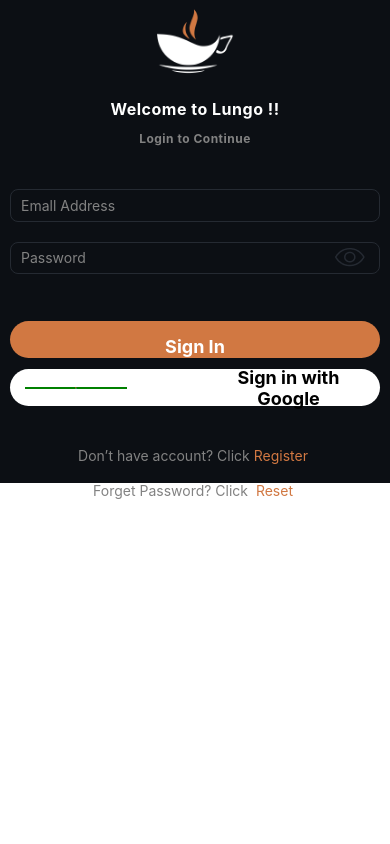
Repository: nguoilaisaochoi/App-coffe
Screen: /
These files come from the project's save history. The screen is drawn as it stood at one moment and after the next save; the edit follows.
The app was drawn by React Native's web renderer in a window 390 px wide. The project was rebuilt for these pictures with package versions that can differ from the ones it lists, and the page was loaded fresh each time.

Above is the screen before, as saved 2024-01-12 21:04:06.

### App.tsx
import { View, Text } from 'react-native'
import React from 'react'
import Login from './src/Login'
import Register from './src/Register'
const App = () => {
  return (
    <View>
      <Login/>
    </View>
  )
}

export default App

### src/Login.js
import {
  View,
  TextInput,
  TouchableOpacity,
  StyleSheet,
  Image,
  Text,
} from 'react-native';
import React, {useState} from 'react';


const Login = () => {
  const [password, setPassword] = useState('');
  const [showPassword, setShowPassword] = useState(false);

  const toggleShowPassword = () => {
    setShowPassword(!showPassword);
  };
  return (
    <View style={mystyle.body}>
      <View style={mystyle.head}>
        <Image
          source={require('../assets/img/logo.png')}
          style={mystyle.logo}></Image>
        <Text style={mystyle.welcome}>Welcome to Lungo !!</Text>
        <Text style={mystyle.welcome2}>Login to Continue</Text>
        <TextInput
          style={mystyle.input}
          placeholder="Emall Address"
          placeholderTextColor="#828282"
        />
        <View style={mystyle.iconContainer}>
          <TextInput
            placeholderTextColor="#828282"
            secureTextEntry={!showPassword}
            value={password}
            style={mystyle.inputpass}
            placeholder="Password"
            onChangeText={setPassword}></TextInput>
          <TouchableOpacity onPress={toggleShowPassword} style={mystyle.icon}>
            <Image source={require('../assets/img/eyes.png')} />
          </TouchableOpacity>
        </View>
        <TouchableOpacity
          onPress={() => console.log('Sign In')}
          style={mystyle.button1}>
          <Text style={mystyle.buttonText}>Sign In</Text>
        </TouchableOpacity>
        <TouchableOpacity
          onPress={() => console.log('Sign In')}
          style={mystyle.button2}>
          <Image
            source={require('../assets/img/icon_google.png')}
            style={mystyle.icongg}
          />
          <Text style={mystyle.buttonText2}>Sign in with Google</Text>
        </TouchableOpacity>
        <View style={mystyle.donacc}>
          <Text style={{color: '#828282'}}>Don’t have account? Click </Text>
          <Text style={{color: '#D17842'}}>Register </Text>
        </View>
        <View style={mystyle.donacc}>
          <Text style={{color: '#828282'}}>Forget Password? Click </Text>
          <Text style={{color: '#D17842'}}> Reset </Text>
        </View>
      </View>
    </View>
  );
};

export default Login;
const mystyle = StyleSheet.create({
  body: {
    padding: 10,
    width: '100%',
    height: '100%',
    backgroundColor: '#0C0F14',
  },
  head: {
    width: '100%',
    height: '100%',
    display: 'flex',
    flexDirection: 'column',
    alignItems: 'center',
    justifyContent: 'center',
  },
  logo: {
    width: '50%',
    height: '25%',
    resizeMode: 'contain',
  },
  welcome: {
    color: '#FFF',
    fontSize: 16,
    fontWeight: '700',
    letterSpacing: 0.5,
    marginBottom: '2%',
  },
  welcome2: {
    color: '#828282',
    fontSize: 12,
    fontWeight: '700',
    lineHeight: 26,
    letterSpacing: 0.5,
    marginBottom: '10%',
  },
  input: {
    width: '100%',
    borderRadius: 8,
    borderWidth: 1,
    marginBottom: 10,
    borderColor: '#252A32',
    padding: 10,
    height: '7%',
  },
  iconContainer: {
    width: '100%',
    height: '7%',
    margin: 10,
    flexDirection: 'row',
    borderRadius: 8,
    borderWidth: 1,
    borderColor: '#252A32',
  },
  inputpass: {
    padding: 10,
  },
  inputpass: {
    width: '85%',
    padding: 10,
    color: 'white',
  },
  icon: {
    alignItems: 'flex-end',
    justifyContent: 'center',
    marginLeft: '3%',
  },
  button1: {
    width: '100%',
    height: '8%',
    borderRadius: 20,
    backgroundColor: '#D17842',
    padding: 15,
    marginTop: '10%',
    marginBottom: '3%',
    display: 'flex',
    alignItems: 'center',
  },
  buttonText: {
    color: '#FFF',
    textAlign: 'center',
    fontSize: 18,
    fontWeight: 'bold',
  },
  button2: {
    display: 'flex',
    flexDirection: 'row',
    width: '100%',
    height: '8%',
    borderRadius: 20,
    backgroundColor: 'white',
    padding: 15,
    alignItems: 'center',
    justifyContent: 'flex-start',
    marginBottom: '6%',
  },
  buttonText2: {
    color: 'black',
    textAlign: 'center',
    fontSize: 18,
    fontWeight: 'bold',
    marginLeft: '25%',
  },
  icongg:{
    width:'30%',
    height:'30%',
    backgroundColor:'green',
    resizeMode:'contain',
  },
  donacc: {
    display: 'flex',
    flexDirection: 'row',
    justifyContent: 'center',
    alignItems: 'center',
    marginTop: '5%',
  },
});

After the next save:
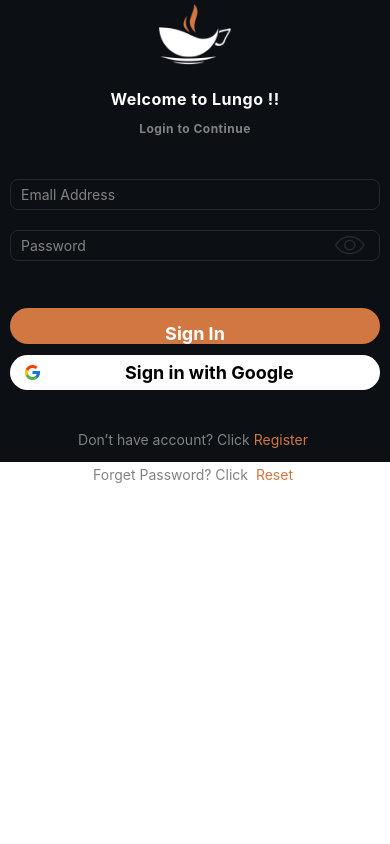
Saved 5 s later.
--- a/src/Login.js
+++ b/src/Login.js
@@ -171,12 +171,6 @@
     fontWeight: 'bold',
     marginLeft: '25%',
   },
-  icongg:{
-    width:'30%',
-    height:'30%',
-    backgroundColor:'green',
-    resizeMode:'contain',
-  },
   donacc: {
     display: 'flex',
     flexDirection: 'row',
